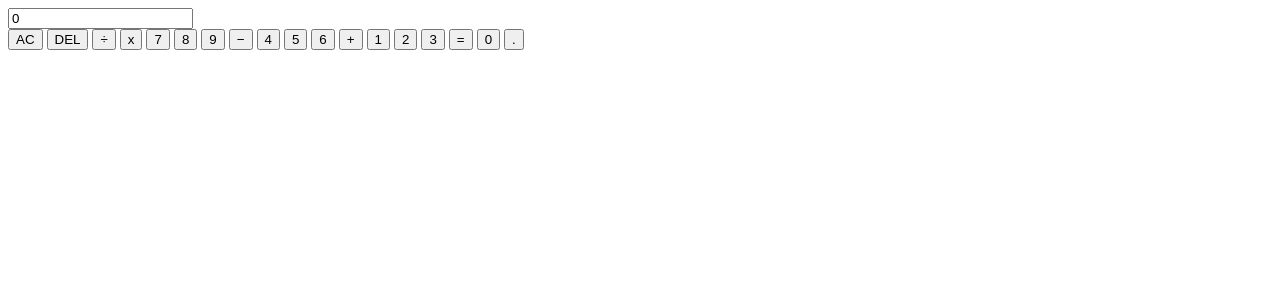
Repository: Mantombi81/Mozi--Calculator
Page: index.html
An editor plug-in stored every save of this project. The page is shown before and after a run of saves, followed by the edit.
The browser window is 1280 px wide. The pictures show the whole page.
After loading, the first visible `button.operator` was clicked once.

Above is the page before, as saved 2025-06-03 16:21:17.
Console error: ReferenceError: cunrre is not defined

### index.html
<!DOCTYPE html>
<html lang="en">
<head>
    <meta charset="UTF-8">
    <meta name="viewport" content="width=device-width, initial-scale=1.0">
    <title>Mozi Calculator App</title>
    <link rel="stylesheet" href="style.css">
</head>
<body>
    <div class="calculator">
        <!-- numbers display when a user type something -->
         <div class="display">
            <input type="text" id="display" value="0" readonly>
         </div>
         <!-- buttons grid -->
          <div class="buttons">
            <!-- first row -->
             <button class="btn clear" onclick="clearDisplay()">AC</button>
             <button class="btn operator" onclick="deleteLast()">DEL</button>
             <button class="btn operator" onclick="appendToDisplay('/')">÷</button>
             <button class="btn operator" onclick="appendToDisplay('*')">x</button>

             <!-- second row -->
              <button class="btn number" onclick="appendToDisplay('7')">7</button>
              <button class="btn number" onclick="appendToDisplay('8')">8</button>
              <button class="btn number" onclick="appendToDisplay('9')">9</button>
              <button class="btn operator" onclick="appendToDisplay('-')">−</button>

              <!-- Third row -->
              <button class="btn number" onclick="appendToDisplay('4')">4</button>
              <button class="btn number" onclick="appendToDisplay('5')">5</button>
              <button class="btn number" onclick="appendToDisplay('6')">6</button>
              <button class="btn operator" onclick="appendToDisplay('+')">+</button>

              <!-- fourth row -->
              <button class="btn number" onclick="appendToDisplay('1')">1</button>
              <button class="btn number" onclick="appendToDisplay('2')">2</button>
              <button class="btn number" onclick="appendToDisplay('3')">3</button>
              <button class="btn equals" onclick="calculate()" rowspan="2">=</button>

              <!-- fifth row -->
              <button class="btn number zero" onclick="appendToDisplay('0')">0</button>
              <button class="btn number" onclick="appendToDisplay('.')">.</button>
          </div>
          <!-- linking our script -->
          <script src="script.js"></script>
    </div>
</body>
</html>

### script.js
// getting our display element
const display = document.getElementById('display');

// variable to track if u hv done a proper calculation T/F
let justCalculated = false;

// function append to our display
function appendToDisplay(value){
    console.log('Button pressed:', value);

    let currentValue = display.value;

    if (justCalculated && !isNaN(value)) {
        display.value = value;
        justCalculated = false;
        return;
    }

    // if current display show 0 and user enters a number, we want to replace the 0
    if (currentValue == "0" && !isNaN(value)) {
        display.value = value;
        // If current display shows 0 and the user enters a decimal,  keep the 0
    } else if (currentValue === '0' && value === '.') {
        display.value = currentValue + value;
    } else {
        display.value = currentValue + value;
    }

    // reset the justCalculated flag when user starts typing
    justCalculated = false;
    console.log('Display updated to: ', display.value);
}

function clearDisplay(){
    console.log('clear button pressed.');

    alert('Clear button was clicked');
}

function deleteLast(){
    console.log('Backspace button pressed.');

    let currentValue = display.value;

    // if theres only 1 character or its 0, reset to 0
    if(currentValue.length <=1 || currentValue === '0') {
        display.value = cunrre
    }

    alert('Backspace button was clicked');

}

function calculate(){
    console.log('Equals button pressed.');

    alert('Equals button was clicked');
}

// set up event listeners
document.addEventListener('DOMContentLoaded', function(){
    console.log('Calculator loaded successfully');
    console.log('Display element', display);

    if (display) {
        console.log('Current display value: ', display.value);
    } else {
        console.log('Display element not found');
    }
})

Loaded but not shown: style.css (no stored copy; drawn as an empty file)

After the next 4 saves:
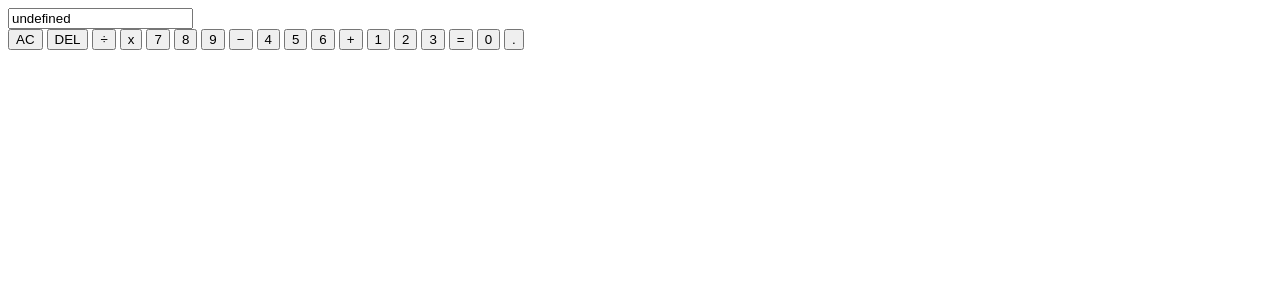
The error is gone.
The 4 saves are shown as one change because they came seconds apart.
The last was saved 11 s later.
--- a/script.js
+++ b/script.js
@@ -44,7 +44,7 @@ function deleteLast(){
 
     // if theres only 1 character or its 0, reset to 0
     if(currentValue.length <=1 || currentValue === '0') {
-        display.value = cunrre
+        display.value = currentValue.sli
     }
 
     alert('Backspace button was clicked');
